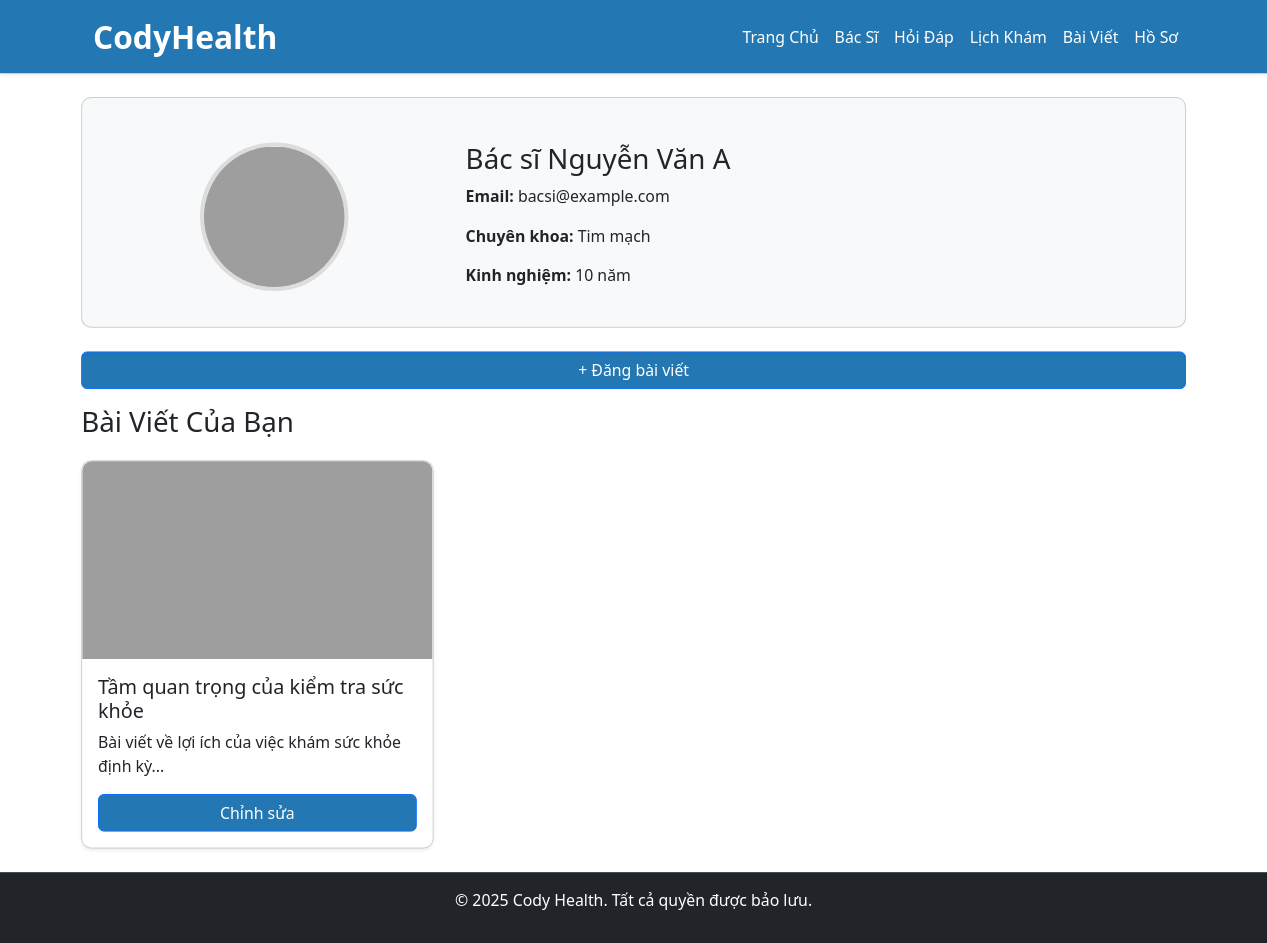
Repository: JonesKhaii/CodySocial
Page: tests/web-test/account.html
These files come from the project's save history. The page is drawn as it stood at one moment and after the next save; the edit follows.
The browser window is 1280 px wide. The pictures show the whole page, at 99% of full size.
Pictures or frames that could not be fetched are drawn as grey boxes.

Above is the page before, as saved 2025-02-10 01:52:24.

After the next save:
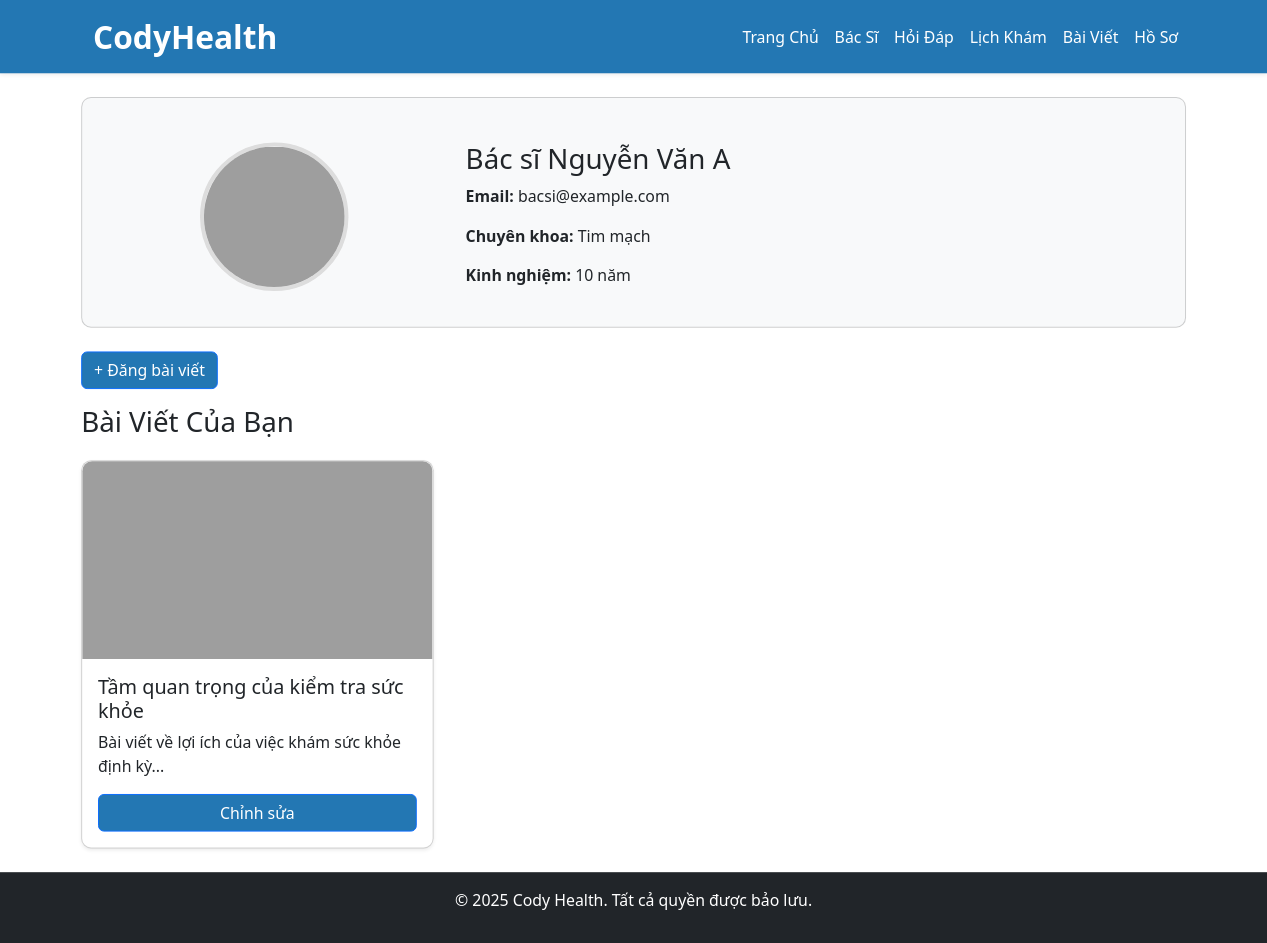
Saved 5 s later.
--- a/tests/web-test/account.html
+++ b/tests/web-test/account.html
@@ -80,7 +80,7 @@
             </div>
 
             <!-- Nút đăng bài -->
-            <button id="togglePostForm" class="btn btn-primary w-100 mb-3">
+            <button id="togglePostForm" class="btn btn-primary mb-3">
                 + Đăng bài viết
             </button>
 
